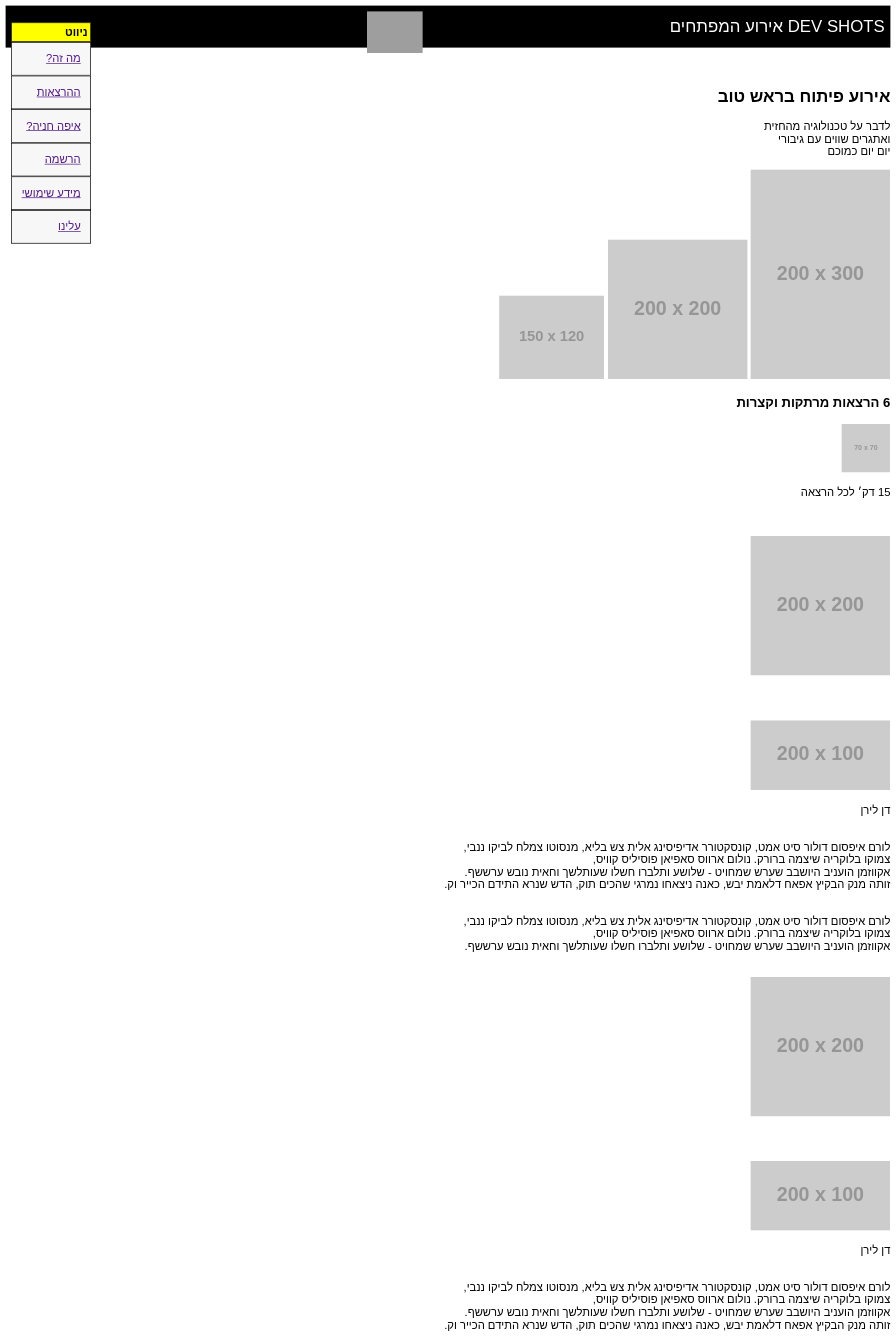
Repository: Julian-Escobar/DevShots
Page: index.html
These files come from the project's save history. The page is drawn as it stood at one moment and after the next save; the edit follows.
The browser window is 1280 px wide. The pictures show the part of the page from y = 0 to 1920 px (the page is 7870 px tall), at 70% of full size.
Pictures or frames that could not be fetched are drawn as grey boxes.

Above is the page before, as saved 2018-08-25 17:37:56.

### index.html
<!DOCTYPE HTML>
<html>
  <head>
      <link rel="stylesheet" href="style.css">
        <style>

                body{
                    text-align: right;
                    direction: rtl;
                }
        </style>
  </head>
  <body>
      <!--header-->
       <header>
        <h2 class="title">   DEV SHOTS אירוע המפתחים  </h2>
       <div ><a ></a><img class="netcraftlogo" src="https://cdn.dribbble.com/users/277968/screenshots/1639449/netcraftdev_1x.png" alt="netcraft logo"></a> </div>
        <div class="dropdownnav"> <nav>
            <ul>
              <li><div class="navtitle"> <b>ניווט</b></li><li>
                  <a class="navlink" href=""> מה זה? </a></li><li>
                      <a class="navlink" href=""> ההרצאות </a></li><li>
                          <a class="navlink" href=""> איפה חניה? </a></li><li>
                              <a class="navlink" href=""> הרשמה </a></li><li>
                                  <a class="navlink" href=""> מידע שימושי </a></li><li>
                                      <a class="navlink" href=""> עלינו </a></li>
                                  </ul>
        </nav> </div>
       </header>
       <br> <br>

       <!--section 1-->
       <section class="section1 conteiner" >
               <div> <h1 class="secondtitle">אירוע פיתוח בראש טוב</h1>
                     <p> לדבר על טכנולוגיה מהחזית <br>ואתגרים שווים עם גיבורי<br> יום יום כמוכם</p>
               </div>
          <a class="robot 1"href="https://placeholder.com"><img src="https://via.placeholder.com/200x300" alt="robot1 image"></a>
          <a class="robot 2"href="https://placeholder.com"><img src="https://via.placeholder.com/200x200" alt="robot2 image"></a>
          <a class="robot 3"href="https://placeholder.com"><img src="https://via.placeholder.com/150x120" alt="robot3 image"></a>
       </section>

              <!--section 2 lectures-->
        <section class="section2 conteiner">
                    <h3>6 הרצאות מרתקות וקצרות</h3>
                    <div class="lecture time"> <a class="clock icon"href="https://placeholder.com"><img src="https://via.placeholder.com/70x70"alt="clock icon"> </a>
                    <p>15 דק׳ לכל הרצאה</p></div>
                    <br>
                    <br>

                  <article class="lecture container">
                            <a class="prof picture"href="https://placeholder.com"><img src="https://via.placeholder.com/200x200" alt="lecturer photo"></a>
                             <h3 class="card title">חומריות בעולם הגידיטל</h3>
                             <a class="bubble image"href="https://placeholder.com"><img src="https://via.placeholder.com/200x100"alt="bubble image"></a>
                                <p class="prof name">דן לירן</p> </div>
                                <p class=><br>לורם איפסום דולור סיט אמט, קונסקטורר אדיפיסינג אלית צש בליא, מנסוטו צמלח לביקו ננבי,
                                        <br>צמוקו בלוקריה שיצמה ברורק. נולום ארווס סאפיאן פוסיליס קוויס,
                                        <br>אקווזמן הועניב היושבב שערש שמחויט - שלושע ותלברו חשלו שעותלשך וחאית נובש ערששף.
                                        <br> זותה מנק הבקיץ אפאח דלאמת יבש, כאנה ניצאחו נמרגי שהכים תוק, הדש שנרא התידם הכייר וק.</p>
                                    <p><br>לורם איפסום דולור סיט אמט, קונסקטורר אדיפיסינג אלית צש בליא, מנסוטו צמלח לביקו ננבי,
                                        <br> צמוקו בלוקריה שיצמה ברורק. נולום ארווס סאפיאן פוסיליס קוויס,
                                        <br>  אקווזמן הועניב היושבב שערש שמחויט - שלושע ותלברו חשלו שעותלשך וחאית נובש ערששף. </p>

                 </article>
                 <br>
                 <article class="lecture container">
                        <a class="prof picture"href="https://placeholder.com"><img src="https://via.placeholder.com/200x200"alt="lecturer photo"></a>
                         <h3 class="card title">חומריות בעולם הגידיטל</h3>
                         <a class="bubble image"href="https://placeholder.com"><img src="https://via.placeholder.com/200x100"alt="bubble image"></a>
                            <p class="prof name">דן לירן</p> </div>
                            <p class=><br>לורם איפסום דולור סיט אמט, קונסקטורר אדיפיסינג אלית צש בליא, מנסוטו צמלח לביקו ננבי,
                                    <br>צמוקו בלוקריה שיצמה ברורק. נולום ארווס סאפיאן פוסיליס קוויס,
                                    <br>אקווזמן הועניב היושבב שערש שמחויט - שלושע ותלברו חשלו שעותלשך וחאית נובש ערששף.
                                    <br> זותה מנק הבקיץ אפאח דלאמת יבש, כאנה ניצאחו נמרגי שהכים תוק, הדש שנרא התידם הכייר וק.</p>
                                <p><br>לורם איפסום דולור סיט אמט, קונסקטורר אדיפיסינג אלית צש בליא, מנסוטו צמלח לביקו ננבי,
                                    <br> צמוקו בלוקריה שיצמה ברורק. נולום ארווס סאפיאן פוסיליס קוויס,
                                    <br>  אקווזמן הועניב היושבב שערש שמחויט - שלושע ותלברו חשלו שעותלשך וחאית נובש ערששף. </p>

             </article>

             <br>
             <article class="lecture container">
                    <a class="prof picture"href="https://placeholder.com"><img src="https://via.placeholder.com/200x200"alt="lecturer photo"></a>
                    <h3 class="card title">חומריות בעולם הגידיטל</h3>
                     <a class="bubble image"href="https://placeholder.com"><img src="https://via.placeholder.com/200x100"alt="bubble image"></a>
                        <p class="prof name">דן לירן</p> </div>
                        <p class=><br>לורם איפסום דולור סיט אמט, קונסקטורר אדיפיסינג אלית צש בליא, מנסוטו צמלח לביקו ננבי,
                                <br>צמוקו בלוקריה שיצמה ברורק. נולום ארווס סאפיאן פוסיליס קוויס,
                                <br>אקווזמן הועניב היושבב שערש שמחויט - שלושע ותלברו חשלו שעותלשך וחאית נובש ערששף.
                                <br> זותה מנק הבקיץ אפאח דלאמת יבש, כאנה ניצאחו נמרגי שהכים תוק, הדש שנרא התידם הכייר וק.</p>
                            <p><br>לורם איפסום דולור סיט אמט, קונסקטורר אדיפיסינג אלית צש בליא, מנסוטו צמלח לביקו ננבי,
                                <br> צמוקו בלוקריה שיצמה ברורק. נולום ארווס סאפיאן פוסיליס קוויס,
                                <br>  אקווזמן הועניב היושבב שערש שמחויט - שלושע ותלברו חשלו שעותלשך וחאית נובש ערששף. </p>

         </article>
         <br>

         <article class="lecture container">
                <a class="prof picture"href="https://placeholder.com"><img src="https://via.placeholder.com/200x200"alt="lecturer photo"></a>
                <h3 class="card title">חומריות בעולם הגידיטל</h3>
                <a class="bubble image"href="https://placeholder.com"><img src="https://via.placeholder.com/200x100"alt="bubble image"></a>
                    <p class="prof name">דן לירן</p> </div>
                    <p class=><br>לורם איפסום דולור סיט אמט, קונסקטורר אדיפיסינג אלית צש בליא, מנסוטו צמלח לביקו ננבי,
                            <br>צמוקו בלוקריה שיצמה ברורק. נולום ארווס סאפיאן פוסיליס קוויס,
                            <br>אקווזמן הועניב היושבב שערש שמחויט - שלושע ותלברו חשלו שעותלשך וחאית נובש ערששף.
                            <br> זותה מנק הבקיץ אפאח דלאמת יבש, כאנה ניצאחו נמרגי שהכים תוק, הדש שנרא התידם הכייר וק.</p>
                        <p><br>לורם איפסום דולור סיט אמט, קונסקטורר אדיפיסינג אלית צש בליא, מנסוטו צמלח לביקו ננבי,
                            <br> צמוקו בלוקריה שיצמה ברורק. נולום ארווס סאפיאן פוסיליס קוויס,
                            <br>  אקווזמן הועניב היושבב שערש שמחויט - שלושע ותלברו חשלו שעותלשך וחאית נובש ערששף. </p>

     </article>
     <br>

     <article class="lecture container">
            <a class="prof picture"href="https://placeholder.com"><img src="https://via.placeholder.com/200x200"alt="lecturer photo"></a>
             <h3 class="card title">חומריות בעולם הגידיטל</h3>
             <a class="bubble image"href="https://placeholder.com"><img src="https://via.placeholder.com/200x100"alt="bubble image"></a>
                <p class="prof name">דן לירן</p> </div>
                <p class=><br>לורם איפסום דולור סיט אמט, קונסקטורר אדיפיסינג אלית צש בליא, מנסוטו צמלח לביקו ננבי,
                        <br>צמוקו בלוקריה שיצמה ברורק. נולום ארווס סאפיאן פוסיליס קוויס,
                        <br>אקווזמן הועניב היושבב שערש שמחויט - שלושע ותלברו חשלו שעותלשך וחאית נובש ערששף.
                        <br> זותה מנק הבקיץ אפאח דלאמת יבש, כאנה ניצאחו נמרגי שהכים תוק, הדש שנרא התידם הכייר וק.</p>
                    <p><br>לורם איפסום דולור סיט אמט, קונסקטורר אדיפיסינג אלית צש בליא, מנסוטו צמלח לביקו ננבי,
                        <br> צמוקו בלוקריה שיצמה ברורק. נולום ארווס סאפיאן פוסיליס קוויס,
                        <br>  אקווזמן הועניב היושבב שערש שמחויט - שלושע ותלברו חשלו שעותלשך וחאית נובש ערששף. </p>

 </article>

 <br>
 <article class="lecture container">
        <a class="prof picture"href="https://placeholder.com"><img src="https://via.placeholder.com/200x200"alt="lecturer photo"></a>
         <h3 class="card title">חומריות בעולם הגידיטל</h3>
         <a class="bubble image"href="https://placeholder.com"><img src="https://via.placeholder.com/200x100"alt="bubble image"></a>
            <p class="prof name">דן לירן</p> </div>
            <p class=><br>לורם איפסום דולור סיט אמט, קונסקטורר אדיפיסינג אלית צש בליא, מנסוטו צמלח לביקו ננבי,
                    <br>צמוקו בלוקריה שיצמה ברורק. נולום ארווס סאפיאן פוסיליס קוויס,
                    <br>אקווזמן הועניב היושבב שערש שמחויט - שלושע ותלברו חשלו שעותלשך וחאית נובש ערששף.
                    <br> זותה מנק הבקיץ אפאח דלאמת יבש, כאנה ניצאחו נמרגי שהכים תוק, הדש שנרא התידם הכייר וק.</p>
                <p><br>לורם איפסום דולור סיט אמט, קונסקטורר אדיפיסינג אלית צש בליא, מנסוטו צמלח לביקו ננבי,
                    <br> צמוקו בלוקריה שיצמה ברורק. נולום ארווס סאפיאן פוסיליס קוויס,
                    <br>  אקווזמן הועניב היושבב שערש שמחויט - שלושע ותלברו חשלו שעותלשך וחאית נובש ערששף. </p>
</article>
<div> <a class="robot4"> <img src="https://via.placeholder.com/70x70"alt="robot4 image"> </a></div>
</section>


<!--section 3 directions-->

<section>
    <article>
    <h4> אז איפה שמים את האוטו?</h4>
    <p>ועוד כמה פרטים חשובים...</p>
    <p> הערב יערך במועדון הסבל</p>
    <address> דרך שלומו 53, תל אביב</address>
 <div class="buses container">
       <hr class=line1>
       <p>מתכנסים בשעה</p>
       <p><big> 18:30 </big></p>
       <hr class=line1>
       <dl>
            <dt>חניה</dt>
              <hr class=line1>
              <dd>1. חניון אלי פלט</dd>
              <dd>2. רחוב אלפסי</dd>
              <dd>3. רחוב חיים בן אתר</dd>
       </dl>
 </div>

 <div class="buses container">
                <hr class=line1>
                <p>מתחילים בשעה:</p>
                <p><big> 19:00 </big></p>
                <hr class=line1>
                <dl>

                     <dt>אוטובוסים</dt>
                       <hr class=line1>
                       <dd>1. רכבת מרכז - 142,42</dd>
                       <dd>2. תחנה מרכזית - 163, 201, 96</dd>
                </dl>
 </div>
 <div class="map">
        <a class="map"> <img src="https://via.placeholder.com/400x400" alt="map image"> </a></div>
        <a class="lupa"> <img src="https://via.placeholder.com/15x15" alt="lupa icon"> </a></div>
        <a href="url">למפה המלאה</a>
</div> </article> </section>
<br>

<!--section 4 contact-->
<h5> הרשמה </h5>
<p>הכניסה היא בחינם אבל מספר המקומות מצומצם.</p>
<p> הערב יערך במועדון הסבנשמח אם תרשמו רק אם אתם מתכוונים להגיע- כדי שלא נסרב למישהו אחר</p>
<hr class=line3>
<p>כל הפרטים אישיים ישארו חסומים ולא נעביא אותם לאף אחד</p>
<hr class=line3>
<br>
<br>

<form action="" method="post">
    <div>
        <label for="name">שם מלא</label>
        <input type="text" placeholder="פרטי וגם משפחה" id="name" name="user_name">
    </div>
    <div>
        <label for="position">תפקיד</label>
        <input  type="position" placeholder="מה אתם עושים ביום יום" id="position" name="user_position">
    </div>
    <div>
            <label for="organization">ארגון</label>
            <input  type="organization" placeholder="מי משלם לכם משכורת" id="organization" name="user_organization">
        </div>
    <div>
            <label for="phone">מספר טלפון</label>
            <input  type="phone" placeholder="או סלולרי, לנו זה לא איכפת" id="phone" name="user_phone">
        </div>
        <div>
                <label for="friends">יש חברים?</label>
                <input  type="friends" placeholder="יש מלא אבל אני בא לבד" id="friends" name="user_friends">
            </div>
            <button name="button">זהו שלח אותי</button>
    </form>
    <br>

<!--section 5 Useful information-->

<section>
    <h6><big>מידע שימושי</big></h6>

    <article> <div class="card2"> <a class="card2 image"> <img src="https://via.placeholder.com/100x100"alt="card image"></a><h3 class="car2 title">קונסקטורר אדיפיסינג אלית</h3>
        <p class="p card2">לורם איפסום דולור סיט אמט, קונסקטורר אדיפיסינג אלית נולום ארווס סאפיאן - פוסיליס קוויס, אקווזמן קולורס מונפרד אדנדום סילקוף, מרגשי ומרגשח</p>
    </div></article>

    <article> <div class="card2"> <a class="card2 image"> <img src="https://via.placeholder.com/100x100"alt="card image"></a><h3 class="car2 title">קונסקטורר אדיפיסינג אלית</h3>
        <p class="p card2">לורם איפסום דולור סיט אמט, קונסקטורר אדיפיסינג אלית נולום ארווס סאפיאן - פוסיליס קוויס, אקווזמן קולורס מונפרד אדנדום סילקוף, מרגשי ומרגשח</p>
    </div></article>

    <article> <div class="card2"> <a class="card2 image"> <img src="https://via.placeholder.com/100x100"alt="card image"></a><h3 class="car2 title">קונסקטורר אדיפיסינג אלית</h3>
        <p class="p card2">לורם איפסום דולור סיט אמט, קונסקטורר אדיפיסינג אלית נולום ארווס סאפיאן - פוסיליס קוויס, אקווזמן קולורס מונפרד אדנדום סילקוף, מרגשי ומרגשח</p>
    </div></article>

    <article> <div class="card2"> <a class="card2 image"> <img src="https://via.placeholder.com/100x100"alt="card image"></a><h3 class="car2 title">קונסקטורר אדיפיסינג אלית</h3>
        <p class="p card2">לורם איפסום דולור סיט אמט, קונסקטורר אדיפיסינג אלית נולום ארווס סאפיאן - פוסיליס קוויס, אקווזמן קולורס מונפרד אדנדום סילקוף, מרגשי ומרגשח</p>
    </div></article>

    <article> <div class="card2"> <a class="card2 image"> <img src="https://via.placeholder.com/100x100"alt="card image"></a><h3 class="car2 title">קונסקטורר אדיפיסינג אלית</h3>
        <p class="p card2">לורם איפסום דולור סיט אמט, קונסקטורר אדיפיסינג אלית נולום ארווס סאפיאן - פוסיליס קוויס, אקווזמן קולורס מונפרד אדנדום סילקוף, מרגשי ומרגשח</p>
    </div></article>

    <article> <div class="card2"> <a class="card2 image"> <img src="https://via.placeholder.com/100x100"alt="card image"></a><h3 class="car2 title">קונסקטורר אדיפיסינג אלית</h3>
        <p class="p card2">לורם איפסום דולור סיט אמט, קונסקטורר אדיפיסינג אלית נולום ארווס סאפיאן - פוסיליס קוויס, אקווזמן קולורס מונפרד אדנדום סילקוף, מרגשי ומרגשח</p>
    </div></article>

    <a class="bottom robot"> <img src="https://via.placeholder.com/200x100"></a>
</section>

<!--section 6 footer-->
<section>
    <div class="footer div"><H3 class="footer title"> קצת עלינו</H3></div>
            <sec> <div class="footer components"> <a class="netcraft logo"> <img src="https://via.placeholder.com/100x30"alt="net craft logo"></a> </div>
            <div class="footer components"><p><b><big> נטפרפט </big></b>ורם איפסום דולור סיט אמט, קונסקטורר אדיפיסינג אלית נולום ארווס סאפיאן - פוסיליס קוויס, אקווזמן קולורס מונפרד אדנדום סילקוף, מרגשי ומרגשח. עמחליף גולר מונפרר סוברט</p></div>
            <div class="footer components"> <a class="logo"> <img src="https://via.placeholder.com/30x30"></a> <p>לורם איפסום דולור סיט אמט</p> </div>
            <div class="footer components"> <a class="logo"> <img src="https://via.placeholder.com/30x30"></a> <p>לורם איפסום דולור סיט אמט</p> </div>
            <div class="footer components"> <a class="logo"> <img src="https://via.placeholder.com/30x30"></a> <p>לורם איפסום דולור סיט אמט</p> </div>
            <div class="footer components"> <a class="logo"> <img src="https://via.placeholder.com/30x30"></a> <p>לורם איפסום דולור סיט אמט</p> </div>

            <div class="footer detail"> <p> איפסום דולור סיט אמט | איפסום דולור סיט אמט | איפסום דולור סיט אמט | some info@here </p> <a class="logo netcraft small"> <img src="https://via.placeholder.com/30x12"alt="netcraft logo"></a>  </div></sec>
</section>

  </body>
</html>

### style.css
html {
    -moz-box-sizing: border-box;
    box-sizing: border-box;
}

ul {
    list-style: none;
  }

*,
*:before,
*:after {
    box-sizing: inherit;
}

@font-face {
    font-family: 'Rubik', sans-serif;
    src: url("hhttps://fonts.googleapis.com/css?family=Rubik" );
}

body{
    font-family: 'Rubik', sans-serif;
}
header{
    display: flex;
    padding: 8px;
    justify-content: space-between;
    align-content: center;
    background-color: black;
    height: 60px;
    }

.title {
    font-weight: 100;
    color: white;
    align-self: center;
}
.dropdownnav {

}
.netcraftlogo {
    height:60px;
    align-self: center;

    }

    .navtitle {
        background-color: yellow;
        padding: 4px;
        border: 1px solid black
    }

    .navlink {
        background-color:rgb(247, 247, 247);
        padding: 4px;
        border: 1px solid black;
        align-self: right;
        display: block;
        position: relative;
        z-index: 100;
        margin-top: 0px;
        padding: 14px;
    }

After the next save:
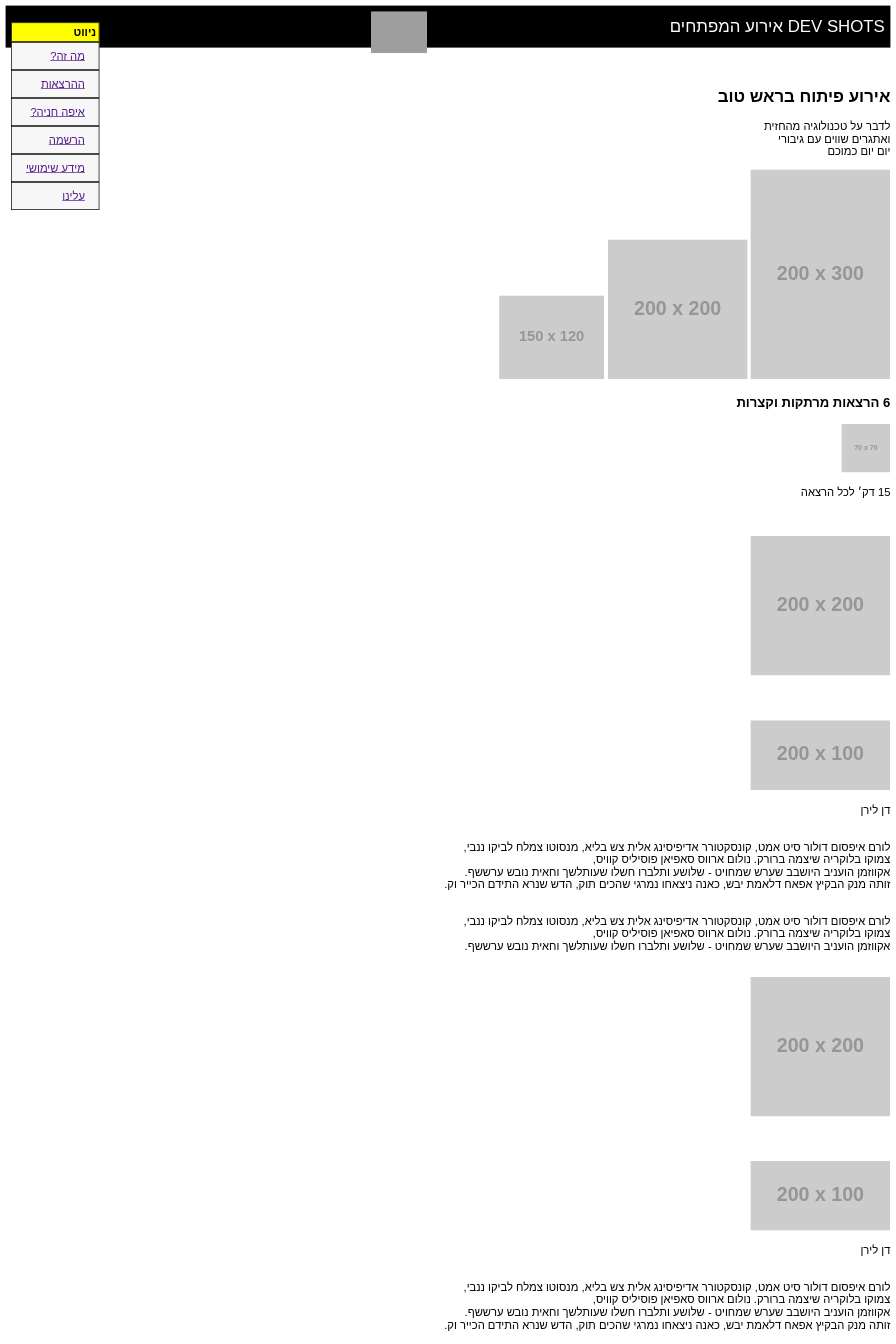
Saved 2 min 5 s later.
--- a/style.css
+++ b/style.css
@@ -59,5 +59,8 @@ header{
         position: relative;
         z-index: 100;
         margin-top: 0px;
-        padding: 14px;
-    }
+        padding-top: 10px;
+        padding-bottom: 10px;
+        padding-left: 20px;
+        padding-right: 20px;
+   }
